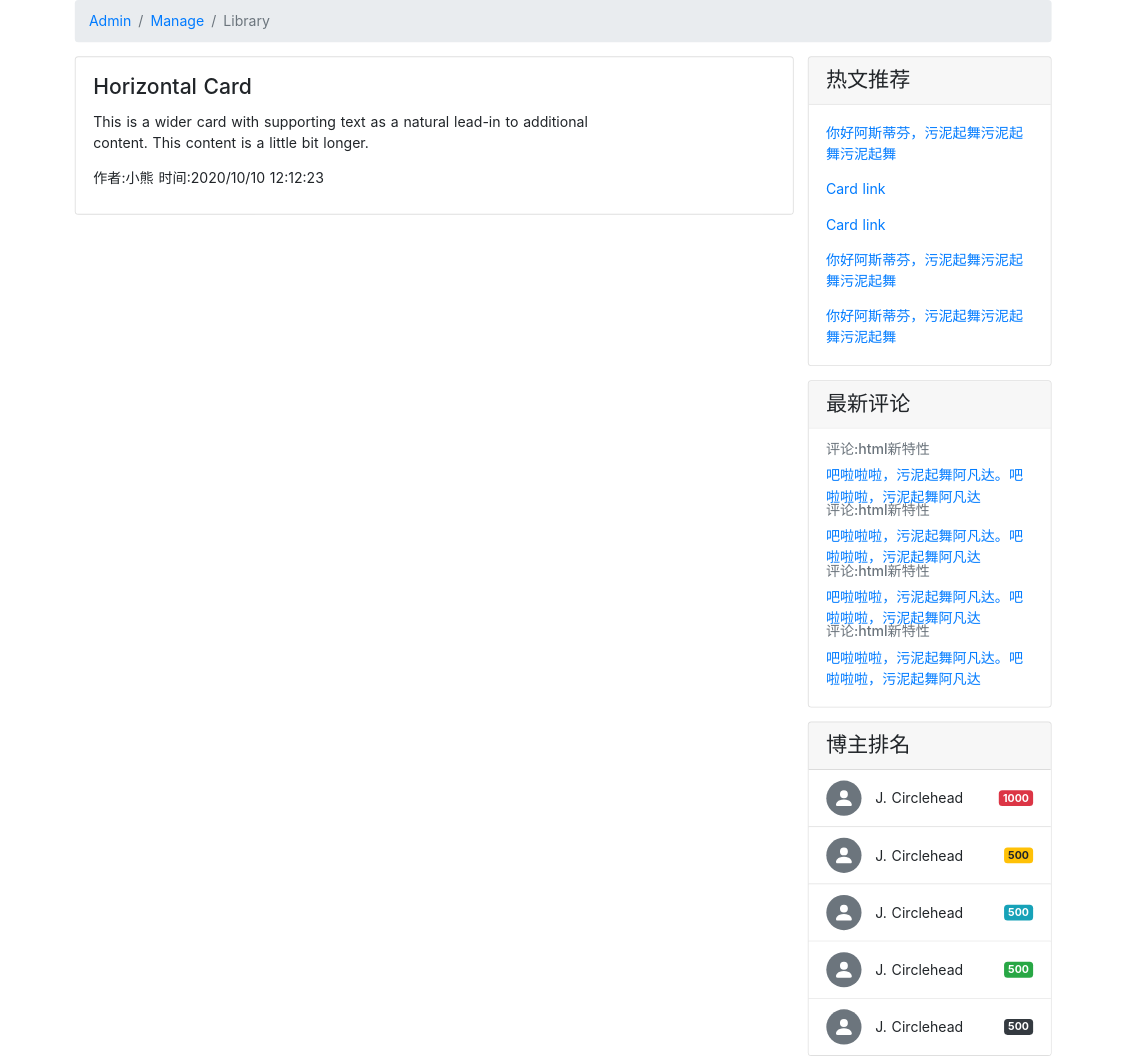
Repository: MTTTM/nuxt-xiaomatata
Page: /
An editor plug-in stored every save of this project. The page is shown before and after the next save, followed by the edit.
The browser window is 1280 px wide. The pictures show the part of the page from y = 600 to 1800 px (the page is 1800 px tall), at 88% of full size.
Pictures or frames that could not be fetched are drawn as grey boxes. The project was rebuilt for these pictures with package versions that can differ from the ones it lists, and the page was loaded fresh each time. The framework's server and built-in components were replaced by stand-ins that run in the browser. Also part of the build but not shown: nuxt.config.js, components/Logo.vue, components/aboutMe.vue, components/articleListItem.vue, components/bloggerRanking.vue, components/carouselBox.vue, components/classifyList.vue, components/commentBox.vue and 7 more. Imported but missing from the stored project, and not drawn on this page: components/cmSpinner, mixins/scrollLoad.

Above is the page before, as saved 2021-04-10 12:51:47.

### assets/style/comm.scss
body{
  .container{
    min-height: auto;
    justify-content: start;
    text-align: left;
  }
  .card-list-item{
    height: 180px;
    cursor: pointer;
    &:hover{
      background-color: rgba(0, 0, 0, 0.03);
      img{
        opacity: .8;
      }
    }
    &+  .card-list-item{
      margin-top:1rem;
    }
    .cart-list-item-img{
      width: 200px;
      height: 100%;
      object-fit: cover;
      object-position: center top;
    }
  }
}

### components/breadCrumb.vue
<template>
  <b-breadcrumb :items="items"></b-breadcrumb>
</template>

<script>
export default {
  data() {
    return {
      items: [
        {
          text: "Admin",
          href: "#",
        },
        {
          text: "Manage",
          href: "#",
        },
        {
          text: "Library",
          active: true,
        },
      ],
    };
  },
};
</script>

### components/navBar.vue
<template>
  <div class="nav-bar">
    <b-navbar toggleable="lg" type="dark" variant="info" fixed="top">
      <b-navbar-brand href="#"> 塔塔 </b-navbar-brand>

      <b-navbar-toggle target="nav-collapse" />

      <b-collapse id="nav-collapse" is-nav>
        <b-navbar-nav>
          <b-nav-item href="#"> Link </b-nav-item>
          <b-nav-item href="#" disabled> Disabled </b-nav-item>
          <b-nav-item-dropdown text="Lang" right>
            <b-dropdown-item href="#"> EN </b-dropdown-item>
            <b-dropdown-item href="#"> ES </b-dropdown-item>
            <b-dropdown-item href="#"> RU </b-dropdown-item>
            <b-dropdown-item href="#"> FA </b-dropdown-item>
          </b-nav-item-dropdown>
        </b-navbar-nav>

        <!-- Right aligned nav items -->
        <b-navbar-nav class="ml-auto">
          <b-nav-form>
            <b-form-input size="sm" class="mr-sm-2" placeholder="Search" />

            <b-button size="sm" class="my-2 my-sm-0" type="submit">
              Search
            </b-button>
          </b-nav-form>

          <b-nav-item-dropdown right>
            <!-- Using 'button-content' slot -->
            <template #button-content>
              <b-avatar
                variant="info"
                src="https://placekitten.com/300/300"
              ></b-avatar>
              <em>User</em>
            </template>

            <b-dropdown-item href="#"> Profile </b-dropdown-item>
            <b-dropdown-item href="#"> Sign Out </b-dropdown-item>
          </b-nav-item-dropdown>
        </b-navbar-nav>
      </b-collapse>
    </b-navbar>
  </div>
</template>
<script>
export default {};
</script>
<style lang="scss">
* {
  margin: 0;
  padding: 0;
}
</style>

### layouts/default.vue
<template>
  <div>
    <navBar />
    <Nuxt />
  </div>
</template>
<script>
import navBar from "../components/navBar";
export default {
  components: { navBar }
};
</script>
<style>
html {
  font-size: 16px;
  word-spacing: 1px;
  -ms-text-size-adjust: 100%;
  -webkit-text-size-adjust: 100%;
  -moz-osx-font-smoothing: grayscale;
  -webkit-font-smoothing: antialiased;
  box-sizing: border-box;
}
</style>

### pages/index.vue
<template>
  <div>
    <b-carousel
      id="carousel-1"
      v-model="slide"
      :interval="4000"
      controls
      indicators
      background="#ababab"
      img-width="1024"
      img-height="480"
      style="text-shadow: 1px 1px 2px #333"
      @sliding-start="onSlideStart"
      @sliding-end="onSlideEnd"
    >
      <!-- Text slides with image -->
      <b-carousel-slide
        caption="First slide"
        text="Nulla vitae elit libero, a pharetra augue mollis interdum."
        img-src="https://picsum.photos/1024/480/?image=52"
      ></b-carousel-slide>

      <!-- Slides with custom text -->
      <b-carousel-slide img-src="https://picsum.photos/1024/480/?image=54">
        <h1>Hello world!</h1>
      </b-carousel-slide>

      <!-- Slides with image only -->
      <b-carousel-slide
        img-src="https://picsum.photos/1024/480/?image=58"
      ></b-carousel-slide>

      <!-- Slides with img slot -->
      <!-- Note the classes .d-block and .img-fluid to prevent browser default image alignment -->
      <b-carousel-slide>
        <template #img>
          <img
            class="d-block img-fluid w-100"
            width="1024"
            height="480"
            src="https://picsum.photos/1024/480/?image=55"
            alt="image slot"
          />
        </template>
      </b-carousel-slide>

      <!-- Slide with blank fluid image to maintain slide aspect ratio -->
      <b-carousel-slide caption="Blank Image" img-blank img-alt="Blank image">
        <p>
          Lorem ipsum dolor sit amet, consectetur adipiscing elit. Suspendisse
          eros felis, tincidunt a tincidunt eget, convallis vel est. Ut
          pellentesque ut lacus vel interdum.
        </p>
      </b-carousel-slide>
    </b-carousel>

    <b-container>
      <breadCrumb class="w-100" />
    </b-container>
    <b-container>
      <b-row class="w-100" no-gutters>
        <b-col cols="9" md="9" sm="12" class="pr-3">
          <b-card no-body class="overflow-hidden card-list-item">
            <b-row no-gutters>
              <!-- <b-col md="3">
                <b-card-img
                  src="https://picsum.photos/400/400/?image=20"
                  alt="Image"
                  class="rounded-0 cart-list-item-img"
                ></b-card-img>
              </b-col> -->
              <b-col md="9">
                <b-card-body title="Horizontal Card">
                  <b-card-text>
                    This is a wider card with supporting text as a natural
                    lead-in to additional content. This content is a little bit
                    longer.
                  </b-card-text>
                  <b-card-text>作者:小熊 时间:2020/10/10 12:12:23</b-card-text>
                </b-card-body>
              </b-col>
            </b-row>
          </b-card>
        </b-col>
        <b-col cols="3" md="3" sm="12">
          <b-card no-body>
            <template #header>
              <h4 class="mb-0">热文推荐</h4>
            </template>

            <b-card-body>
              <b-card-text>
                <a href="#" class="card-link"
                  >你好阿斯蒂芬，污泥起舞污泥起舞污泥起舞</a
                >
              </b-card-text>
              <b-card-text>
                <a href="#" class="card-link">Card link</a>
              </b-card-text>
              <b-card-text>
                <a href="#" class="card-link">Card link</a>
              </b-card-text>
              <b-card-text>
                <a href="#" class="card-link"
                  >你好阿斯蒂芬，污泥起舞污泥起舞污泥起舞</a
                >
              </b-card-text>
              <b-card-text>
                <a href="#" class="card-link"
                  >你好阿斯蒂芬，污泥起舞污泥起舞污泥起舞</a
                >
              </b-card-text>
            </b-card-body>
          </b-card>

          <b-card no-body style="margin-top: 1rem">
            <template #header>
              <h4 class="mb-0">最新评论</h4>
            </template>

            <b-card-body>
              <a href="#">
                <b-card-sub-title class="mb-2"
                  >评论:html新特性</b-card-sub-title
                >
                <b-card-text>
                  吧啦啦啦，污泥起舞阿凡达。吧啦啦啦，污泥起舞阿凡达
                </b-card-text>
              </a>
              <a href="#">
                <b-card-sub-title class="mb-2"
                  >评论:html新特性</b-card-sub-title
                >
                <b-card-text>
                  吧啦啦啦，污泥起舞阿凡达。吧啦啦啦，污泥起舞阿凡达
                </b-card-text>
              </a>
              <a href="#">
                <b-card-sub-title class="mb-2"
                  >评论:html新特性</b-card-sub-title
                >
                <b-card-text>
                  吧啦啦啦，污泥起舞阿凡达。吧啦啦啦，污泥起舞阿凡达
                </b-card-text>
              </a>
              <a href="#">
                <b-card-sub-title class="mb-2"
                  >评论:html新特性</b-card-sub-title
                >
                <b-card-text>
                  吧啦啦啦，污泥起舞阿凡达。吧啦啦啦，污泥起舞阿凡达
                </b-card-text>
              </a>
            </b-card-body>
          </b-card>
          <b-card no-body style="margin-top: 1rem">
            <template #header>
              <h4 class="mb-0">博主排名</h4>
            </template>
            <b-list-group flush>
              <b-list-group-item class="d-flex align-items-center">
                <b-avatar class="mr-3"></b-avatar>
                <span class="mr-auto">J. Circlehead</span>
                <b-badge variant="danger">1000</b-badge>
              </b-list-group-item>
              <b-list-group-item class="d-flex align-items-center">
                <b-avatar class="mr-3"></b-avatar>
                <span class="mr-auto">J. Circlehead</span>
                <b-badge variant="warning">500</b-badge>
              </b-list-group-item>
              <b-list-group-item class="d-flex align-items-center">
                <b-avatar class="mr-3"></b-avatar>
                <span class="mr-auto">J. Circlehead</span>
                <b-badge variant="info">500</b-badge>
              </b-list-group-item>
              <b-list-group-item class="d-flex align-items-center">
                <b-avatar class="mr-3"></b-avatar>
                <span class="mr-auto">J. Circlehead</span>
                <b-badge variant="success">500</b-badge>
              </b-list-group-item>
              <b-list-group-item class="d-flex align-items-center">
                <b-avatar class="mr-3"></b-avatar>
                <span class="mr-auto">J. Circlehead</span>
                <b-badge variant="dark">500</b-badge>
              </b-list-group-item>
            </b-list-group>
          </b-card>
        </b-col>
      </b-row>
    </b-container>
  </div>
</template>
<script>
import breadCrumb from "../components/breadCrumb";
export default {
  components: { breadCrumb },
};
</script>
<style>
.container {
  margin: 0 auto;
  min-height: 100vh;
  display: flex;
  justify-content: center;
  align-items: center;
  text-align: center;
}

.title {
  display: block;
  font-weight: 300;
  font-size: 100px;
  color: #35495e;
  letter-spacing: 1px;
}

.subtitle {
  font-weight: 300;
  font-size: 42px;
  color: #526488;
  word-spacing: 5px;
  padding-bottom: 15px;
}

.links {
  padding-top: 15px;
}
</style>

Loaded but not shown: store/system.js (no copy from this time; the picture is the same without it)

After the next save:
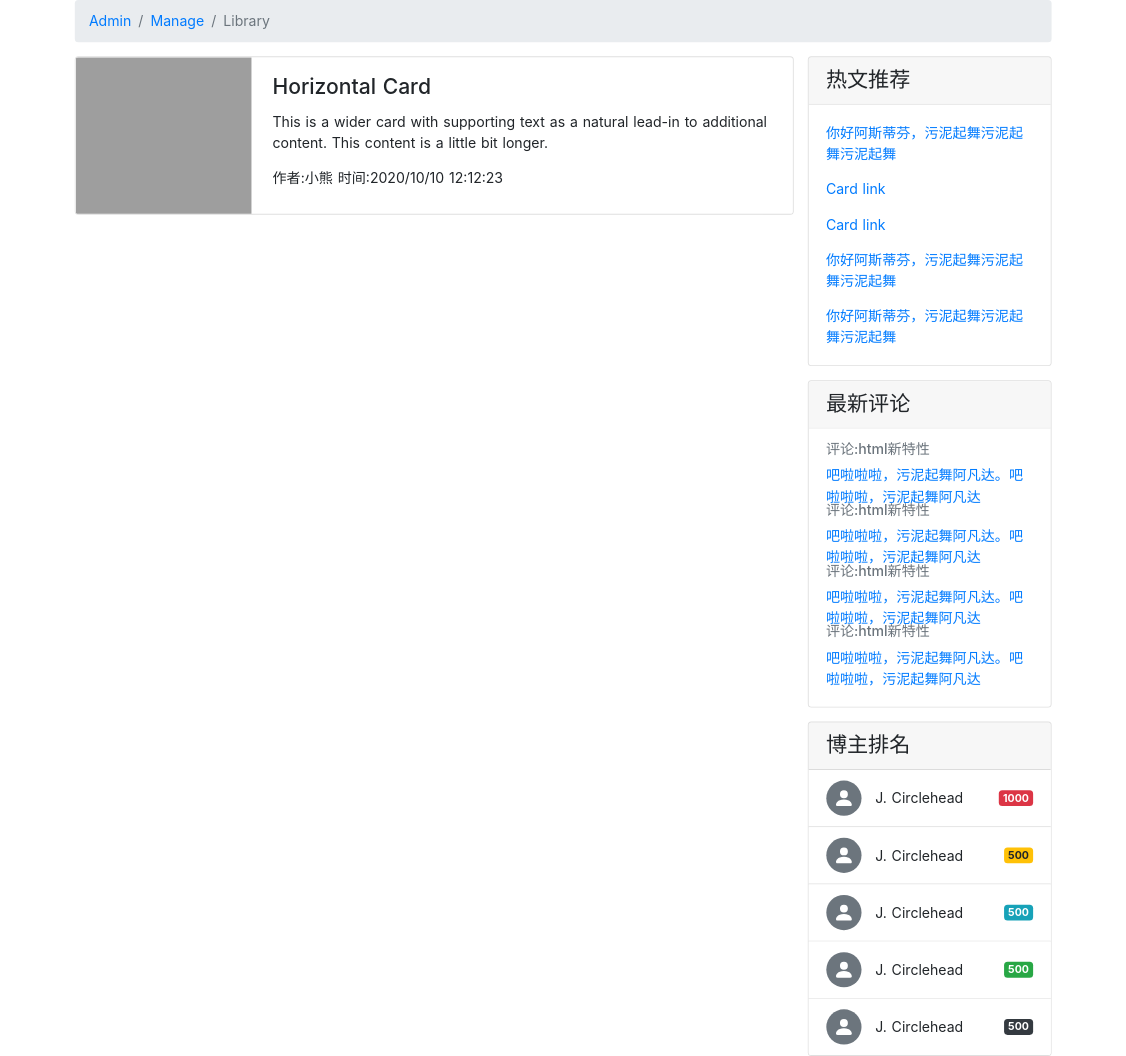
Saved 9 s later.
--- a/pages/index.vue
+++ b/pages/index.vue
@@ -62,13 +62,13 @@
         <b-col cols="9" md="9" sm="12" class="pr-3">
           <b-card no-body class="overflow-hidden card-list-item">
             <b-row no-gutters>
-              <!-- <b-col md="3">
+              <b-col md="3">
                 <b-card-img
                   src="https://picsum.photos/400/400/?image=20"
                   alt="Image"
                   class="rounded-0 cart-list-item-img"
                 ></b-card-img>
-              </b-col> -->
+              </b-col>
               <b-col md="9">
                 <b-card-body title="Horizontal Card">
                   <b-card-text>
